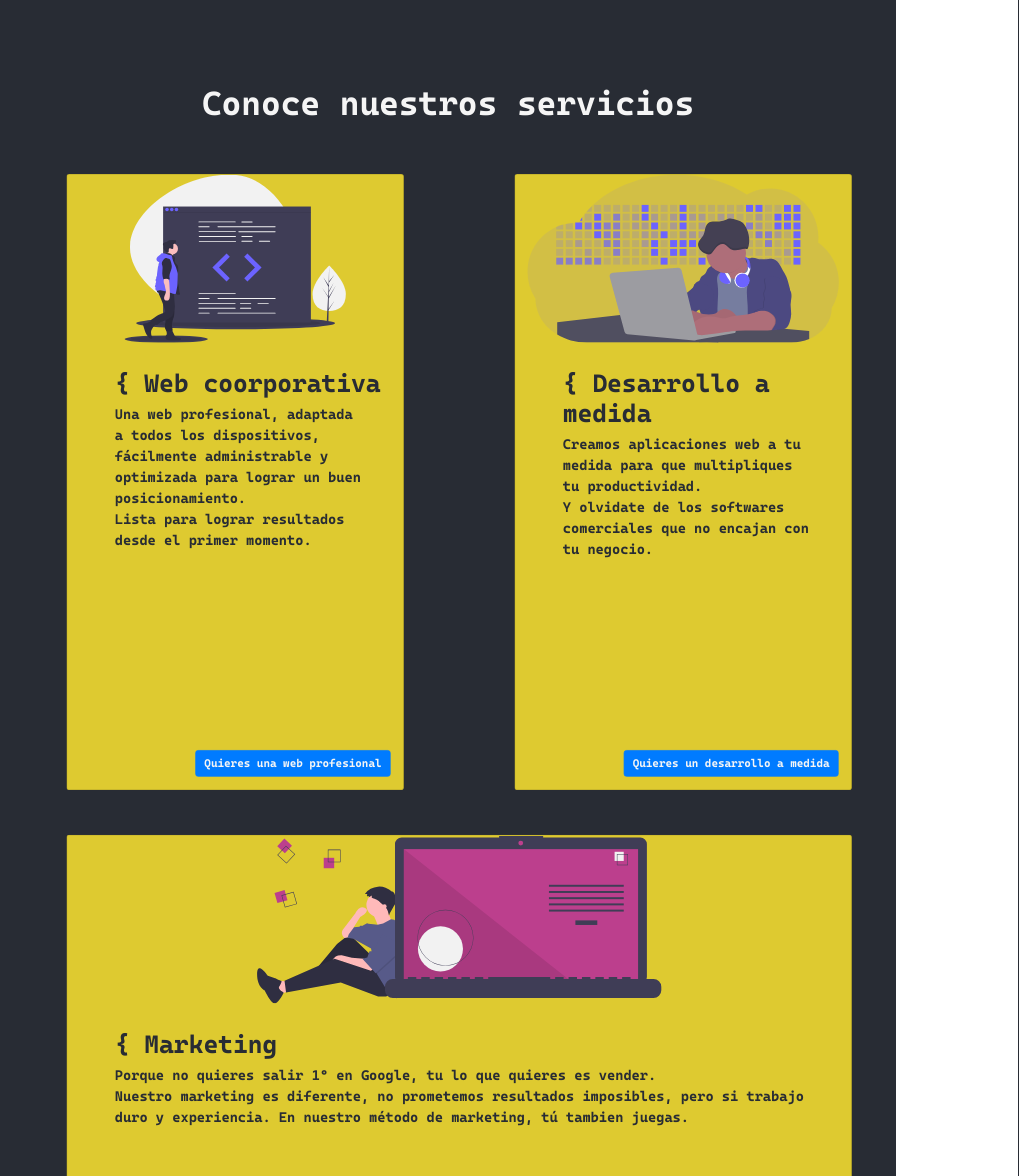
Repository: banchiec/thinkcode
Page: /
The author's editor kept a copy of each file at every save. The page is drawn from the files as they stood at one save, then again after the next save.
The browser window is 1280 px wide. The page is 1455 px wide, so the pictures cover 1455 px, including what lies to the right of the window. The pictures show the part of the page from y = 712 to 2392 px (the page is 3534 px tall), at 70% of full size.
Some web libraries are served in a nearby version. The project was rebuilt for these pictures with package versions that can differ from the ones it lists, and the page was loaded fresh each time. Also part of the build but not shown: src/components/MenuItems.js, src/components/Dropdownthink.css, src/components/Dropdownthink.js, src/components/pages/Consulting.js, src/components/pages/ContactUs.js, src/components/pages/Marketing.js, src/components/pages/Products.js, src/components/pages/Services.js and 1 more.

Above is the page before, as saved 2020-11-27 01:05:34.

### public/index.html
<!DOCTYPE html>
<html lang="en">
  <head>
    <meta charset="utf-8" />
    <link rel="icon" href="%PUBLIC_URL%/favicon.ico" />
    <meta name="viewport" content="width=device-width, initial-scale=1" />
    <meta name="theme-color" content="#000000" />
    <meta
      name="description"
      content="Web site created using create-react-app"
    />
    <link rel="apple-touch-icon" href="%PUBLIC_URL%/logo192.png" />
    <script src="https://kit.fontawesome.com/e7a02c1b14.js" crossorigin="anonymous"></script>
    <!--
      manifest.json provides metadata used when your web app is installed on a
      user's mobile device or desktop. See https://developers.google.com/web/fundamentals/web-app-manifest/
    -->
    <link rel="manifest" href="%PUBLIC_URL%/manifest.json" />
    <!--
      Notice the use of %PUBLIC_URL% in the tags above.
      It will be replaced with the URL of the `public` folder during the build.
      Only files inside the `public` folder can be referenced from the HTML.

      Unlike "/favicon.ico" or "favicon.ico", "%PUBLIC_URL%/favicon.ico" will
      work correctly both with client-side routing and a non-root public URL.
      Learn how to configure a non-root public URL by running `npm run build`.
    -->
    <title>React App</title>
  </head>
  <body>
    <noscript>You need to enable JavaScript to run this app.</noscript>
    <div id="root"></div>
    <!--
      This HTML file is a template.
      If you open it directly in the browser, you will see an empty page.

      You can add webfonts, meta tags, or analytics to this file.
      The build step will place the bundled scripts into the <body> tag.

      To begin the development, run `npm start` or `yarn start`.
      To create a production bundle, use `npm run build` or `yarn build`.
    -->


  </body>
</html>

### src/index.css
body {
  margin: 0;
  font-family: -apple-system, BlinkMacSystemFont, 'Segoe UI', 'Roboto', 'Oxygen',
    'Ubuntu', 'Cantarell', 'Fira Sans', 'Droid Sans', 'Helvetica Neue',
    sans-serif;
  -webkit-font-smoothing: antialiased;
  -moz-osx-font-smoothing: grayscale;
}

code {
  font-family: source-code-pro, Menlo, Monaco, Consolas, 'Courier New',
    monospace;
}
@font-face{
  font-family: 'CascadiaCode-Bold';
  src: local('CascadiaCode-Bold'), url(./fonts/CascadiaCode-Bold.ttf)
}

### src/App.js
import './App.css';
// import logo_thinkcode from './logo_thinkcode.png'
import React, {} from 'react'
import Navbarthink from './components/Navbarthink'
import {BrowserRouter as Router, Switch, Route} from 'react-router-dom'

// import Button  from 'react-bootstrap/Button'
// import 'bootstrap/dist/css/bootstrap.min.css'

// import {Navbar,Button, Nav , NavLink} from 'react-bootstrap'

import Consulting from './components/pages/Consulting'
import ContactUs from './components/pages/ContactUs'
import Home from './components/pages/Home'
import Marketing from './components/pages/Marketing'
import Products from './components/pages/Products'
import Services from './components/pages/Services'
import SignUp from './components/pages/SignUp'

function App() {

  // const [click, setClick] = useState(false)
  // const [dropdown, setDropdown] = useState(false)




  return (
    <div className="App">
      <Router>
        <Navbarthink/>
        <Switch>
          <Route path='/consulting' exact component ={Consulting}></Route>
          <Route path='/contact-us' exact component ={ContactUs}></Route>
          <Route path='/' exact component ={Home}></Route>
          <Route path='/marketing' exact component ={Marketing}></Route>
          <Route path='/products' exact component ={Products}></Route>
          <Route path='/services' exact component ={Services}></Route>
          <Route path='/sign-up' exact component ={SignUp}></Route>
        </Switch>
      </Router>

      {/* <Navbar className="navbar_thinkcode "  expand="lg">
        <Navbar.Brand href ="#home">
          <img
            alt=""
            src={logo_thinkcode}
            className="d-inline-block align-top ml-4"
            width="320"
            height="50"
          />
        </Navbar.Brand>
        <Navbar.Toggle aria-controls="responsive-navbar-nav" ></Navbar.Toggle>

        <Navbar.Collapse id="responsive-navbar-nav" className="ml-5 ">
          <Nav className="collapse navbar-collapse">
            <NavLink className="enlace_navbar ">Páginas web</NavLink>
            <NavLink className="enlace_navbar">Desarrollo a medida</NavLink>
            <NavLink className="enlace_navbar">Portafolio</NavLink>
            <NavLink className="enlace_navbar">Contacto</NavLink>
          </Nav>
        </Navbar.Collapse>
        <Button variant="success">¿Hablamos?</Button>
      </Navbar> */}

      {/* <header className="App-header">
        <h1>thinkcode</h1>
        <Button>send up</Button>
      </header> */}
    </div>
  );
}

export default App;

### src/App.css
*{
  box-sizing: border-box;
  margin: 0;
  padding: 0;
  font-family: CascadiaCode-Bold;
  /* background: #282c34 ; */
  /* background: linear-gradient(90deg, rgb(76, 80, 88) 100%, rgb(8, 8, 9) 0%); */
}

.App {
  text-align: center;
  background: #282c34 ;
}

.App-logo {
  height: 40vmin;
  pointer-events: none;
}

.home, .services, .products,.contact-us,.sign-up, .marketing, .consulting{
  display: flex;
  height: 90vh;
  align-items: center;
  justify-content: center;
  font-size: 3rem;
}





@media (prefers-reduced-motion: no-preference) {
  .App-logo {
    animation: App-logo-spin infinite 20s linear;
  }
}

.App-header {
  background-color: #282c34;
  min-height: 100vh;
  display: flex;
  flex-direction: column;
  align-items: center;
  justify-content: center;
  font-size: calc(10px + 2vmin);
  color: white;
}

.App-link {
  color: #61dafb;
}

@keyframes App-logo-spin {
  from {
    transform: rotate(0deg);
  }
  to {
    transform: rotate(360deg);
  }
}

### src/components/Navbarthink.js
import React, { useState} from 'react'
import logo_thinkcode from '../images/logo_thinkcode.png'
// import logo_thinkcode from '../images/logo_thinkcode.png'
import { Buttonthink} from './Buttonthink'
import {Link} from 'react-router-dom'
import './Navbarthink.css'
import Dropdownthink from './Dropdownthink'

export default function Navbarthink(){
    const [click, setClick] = useState(false)
    const [dropdown, setDropdown] = useState(false)

    const handleClick = () => setClick(!click)
    const closeMobileMenu = () => setClick(false)

    const onMouseEnter = () =>{
        if(window.innerWidth < 960) {
        setDropdown(false)
        } else {
        setDropdown(true)
        }
    }
    const onMouseLeave = () =>{
        if(window.innerWidth < 960) {
        setDropdown(false)
        } else {
        setDropdown(false)
        }
    }

    return(
        <>
            <nav className="navbarthink">
                <Link to='/' className="navbar-logo">
                    {/* thinkcode */}
                    <img alt="" src={logo_thinkcode} width="300" height="40"></img>
                </Link>
                <div className='menu-icon' onClick={handleClick}>
                    <i className={click ? 'fas fa-times' : 'fas fa-bars'}
                    />
                </div>
                <ul className={ click ? 'nav-menu active' : 'nav-menu'}>

                    <li className='nav-item'>
                        <Link to='/' className='nav-links' onClick={closeMobileMenu}>
                            Home
                        </Link>
                    </li>
                    <li className='nav-item'
                        onMouseEnter={onMouseEnter}
                        onMouseLeave={onMouseLeave}
                        // onClick={handleClick}
                        >
                        <Link to='/services' className='nav-links' onClick={closeMobileMenu}>
                           Services
                           <i className='fas fa-caret-down' />
                        </Link>
                        {dropdown && <Dropdownthink/>}
                    </li>
                    <li className='nav-item'>
                        <Link to='/products' className='nav-links' onClick={closeMobileMenu}>
                            Products
                        </Link>
                    </li>
                    <li className='nav-item'>
                        <Link to='/contact-us' className='nav-links' onClick={closeMobileMenu}>
                           Contact Us
                        </Link>
                    </li>
                    <li className='nav-item'>
                        <Link to='/sign-up' className='nav-links-mobile' onClick={closeMobileMenu}>
                           Sign up
                        </Link>
                    </li>

                </ul>
                <Buttonthink />
            </nav>
        </>
    )

}

### src/components/pages/Home.js
import React from 'react'
import InfoSection from '../infoSection/InfoSection'
import Pricing from '../pricing/Pricing'

export default function Home() {
    return (
        <div>
            <InfoSection></InfoSection>
            <Pricing></Pricing>
            <InfoSection></InfoSection>
           {/* <h1 className='consulting' >Thinkcode</h1> */}
        </div>
    )
}

### src/components/Buttonthink.js
import React  from 'react'
import './Buttonthink.css'
import {Link} from 'react-router-dom'

export function Buttonthink() {
        return (
            <Link to ='sing-up'>
               <button className='btnthink'>Sign think </button>
            </Link>
        )
}

### src/components/Navbarthink.css
.navbarthink{
  /* background: linear-gradient(9deg, rgb(66, 80, 88) 0%, rgb(8, 8, 9) 100%); */
  background: #282c34;

  height: 80px;
  display: flex;
  justify-content: center;
  align-items: center;
  font-size: 1.2rem;
}

.navbar-logo {
  color: #fff;
  justify-self: start;
  margin-left: 40px;
  cursor: pointer;
  text-decoration: none;
}

.fa-firstdraft {
  margin-left: 0.5rem;
  font-size: 1.6rem;
}

.nav-menu {
  display: grid;
  grid-template-columns: repeat(5, auto);
  grid-gap: 10px;
  list-style: none;
  text-align: center;
  width: 70vw;
  justify-content: end;
  margin-right: 2rem;
}

.nav-item {
  display: flex;
  align-items: center;
  height: 80px;
}

.nav-links {
  color: white;
  text-decoration: none;
  padding: 0.5rem 1rem;
}

.nav-links:hover {
  background-color: #1888ff;
  border-radius: 4px;
  transition: all 0.2s ease-out;
}

.fa-bars {
  color: #fff;
}

.nav-links-mobile {
  display: none;
}

.menu-icon {
  display: none;
}

@media screen and (max-width: 960px) {
  /* .text-propuesta {
    margin-top: 12rem;
  }
 */
  .fa-caret-down {
    display: none;
  }
  .NavbarItems {
    position: relative;
  }

  .nav-menu {
    display: flex;
    flex-direction: column;
    width: 100%;
    height: 90vh;
    position: absolute;
    top: 80px;
    left: -100%;
    opacity: 1;
    transition: all 0.9s ease;
  }

  .nav-menu.active {
    background: #2a2c30;
    left: 0;
    opacity: 1;
    transition: all 0.5s ease;
    z-index: 1;
  }

  .nav-links {
    text-align: center;
    padding: 2rem;
    width: 100%;
    display: table;
  }

  .nav-links:hover {
    background-color: #1888ff;
    border-radius: 0;
  }

  .navbar-logo {
    position: absolute;
    top: 0;
    left: 0;
    transform: translate(25%, 50%);
  }

  .menu-icon {
    display: block;
    position: absolute;
    top: 0;
    right: 0;
    transform: translate(-100%, 60%);
    font-size: 1.8rem;
    cursor: pointer;
  }

  .fa-times {
    color: #fff;
    font-size: 2rem;
  }

  .nav-links-mobile {
    display: block;
    text-align: center;
    padding: 1.5rem;
    margin: 2rem auto;
    border-radius: 4px;
    width: 80%;
    background: #1888ff;
    text-decoration: none;
    color: #fff;
    font-size: 1.5rem;
  }

  .nav-links-mobile:hover {
    background: #fff;
    color: #1888ff;
    transition: 250ms;
  }

  button {
    display: none;
  }
}

### src/components/infoSection/InfoSection.js
import React from 'react'
import imagensvg3 from '../../images/imagensvg3.svg'
import 'bootstrap/dist/css/bootstrap.min.css'
import './infoSection.css'
import {Col, Container,Row,} from 'react-bootstrap'

export default function InfoSection() {
    return (
            <Container fluid  className="content-infoSection">
                <Row>
                    <Col  md={6} lg={6} >
                        <div className="content-text-infoSection">
                            <h2 >thinkcode.<span className="text-title-infoSection">developers</span></h2>
                            <p className="text-infoSection">Diseño y desarrollo de aplicaciones y páginas web para tu negocio o proyecto.
                            Disfrutamos mucho con lo que hacemos, compruébalo.</p>
                        </div>
                    </Col>
                    <Col  md={6} lg={6}  >
                        <img  className="imagensvg-infoSection" alt="" src={imagensvg3}></img>
                    </Col>

                    </Row>

            </Container >
    )
}

### src/components/pricing/Pricing.js

import React from 'react'
import './Pricing.css'
import imagensvg1 from '../../images/imagensvg1.svg'
import imagensvg4 from '../../images/imagensvg4.svg'
import imagen_code_thinking from '../../images/image_code_thinking.svg'
import 'bootstrap/dist/css/bootstrap.min.css'
import {Card, Container, Button, Row, Col} from 'react-bootstrap'

export default function Pricing() {
    return (
        <Container fluid className ="container-pricing">
            <h1 className="text-propuesta">Conoce nuestros servicios</h1>
            <Row>
                <Col  className="container-card">

                    <Card  className="card-pricing" >
                        <Card.Img className="image-pricing" variant ="top" src={imagensvg1}></Card.Img>
                        <Card.Body>
                            <h2 className="title-card">&#123;  Web coorporativa</h2>
                            <p className="text-card">
                                Una web profesional, adaptada a todos los dispositivos, fácilmente administrable y optimizada para lograr un buen posicionamiento.
                                <br/>Lista para lograr resultados desde el primer momento.
                            </p>
                            <Button  className="card-button" variant="primary">Quieres una web profesional</Button>
                        </Card.Body>
                    </Card>
                </Col>
                <Col  className="container-card">

                    <Card className="card-pricing">
                        <Card.Img className="image-pricing"variant ="top" src={imagensvg4}></Card.Img>
                    <Card.Body>
                        <h2 className="title-card">&#123;  Desarrollo a medida</h2>
                        <p className="text-card">
                            Creamos aplicaciones web a tu medida para que multipliques tu productividad.<br/>
                            Y olvidate de los softwares comerciales que no encajan con tu negocio.
                        </p>
                        <Button className="card-button" variant="primary">Quieres un desarrollo a medida</Button>
                    </Card.Body>
                    </Card>
                </Col>
                <Col className="container-card">
                    <Card  className="card-pricing" >
                        <Card.Img className="image-pricing" variant ="top" src={imagen_code_thinking}></Card.Img>
                    <Card.Body>
                        <h2 className="title-card">&#123; Marketing</h2>
                        <p className="text-card">
                            Porque no quieres salir 1º en Google, tu lo que quieres es vender. <br/>

                            Nuestro marketing es diferente, no prometemos resultados imposibles, pero si
                            trabajo duro y experiencia. En nuestro método de marketing, tú tambien juegas.                        </p>
                        <Button  className="card-button" variant="primary">Quieres que te asesoremos</Button>
                    </Card.Body>
                    </Card>
                </Col>
            </Row>

        </Container>
    )
}

### src/components/Buttonthink.css
:root{
    --primary: #1888ff;
}
.btnthink{
    padding: 8px 20px;
    border-radius: 4px;
    outline: none;
    border: none;
    font-size: 18px;
    color: #fff;
    cursor: pointer;
    background-color: var(--primary);
}
.btnthink:hover {
    padding: 6px 18px;
    transition: all 1.5s ease-out;
    background-color: transparent;
    color: #2a2a2a;
    border-radius: 4px;
    border: 2px solid var(--primary)
}

### src/components/infoSection/infoSection.css
.imagensvg-infoSection {
    padding: 0;
    /* border-right: 5px; */
    width: 800px;

}
.content-infoSection {
    /* padding: 0; */
    margin-top: 150px;
    background: #282c34 ;
    height: 600px;
    /* border: 1px solid rebeccapurple; */
}
.content-text-infoSection {
    margin-left: 12rem;
    margin-top: 8rem;
    text-align: start;
    /* border: 0; */
    /* padding: 0; */
    /* border: 1px solid whitesmoke; */
    color: whitesmoke;
}
.text-title-infoSection{
    font-size: 3rem;
    /* size: 12px; */
}
.text-infoSection {
    font-size: 22px;
}
@media screen and (max-width: 960px) {
    .content-infoSection {
        margin-top: 0px;
    }
    .text-infoSection{
        margin-top: 3rem;
        margin-left: 1rem;
        margin-right: 1rem;
    }
    .imagensvg-infoSection{
        margin-top: 5rem;
        width: 500px;
    }
    .content-text-infoSection {
        margin-left: 1rem;
    }
    .text-propuesta {
        margin-top: 15rem;
    }

}

### src/components/pricing/Pricing.css
.container-pricing {
    /* background-color: whitesmoke; */
    /* border: 1px solid white; */
    /* height:  800px; */
    background: linear-gradient(90deg, rgb(76, 80, 88) 100%, rgb(66, 66 66) 0%);
    /* z-index: -1; */
}
.container-card{
    padding-top: 4rem;
    align-content: center;
    padding: auto;
    text-align: start;
    /* height: 600px; */
    /* background-color: violet; */
    /* color: transparent; */
}
.card-pricing {
    /* width: 34rem; */
    margin-left: 5rem;
    background: #deca30;
    /* background: #3b4454; */
    /* background: linear-gradient(90deg, rgb(224, 242, 241) 0%, rgb(255, 255, 255) 100%); */
    margin-right: 3rem;
    height: 55rem;
}
.card-button {
    /* margin-top: 3rem; */
    /* margin-left: 13rem; */
    position: absolute;
    right: 18px;
    bottom: 18px;
    color: whitesmoke;
}
.text-card {
    /* padding-top: 1.5rem; */
    padding-left: 3rem;
    padding-right: 2.5rem;
    color: #282c34;
    font-size: 20px;
}
.image-pricing {
    height: 15rem;
}
.title-card {
    padding-top: 1rem;
    padding-left: 3rem;
    color: #282c34;
    font-size: 36px;
}
.text-propuesta {
    color: whitesmoke;
    font-size: 3rem;
}

Loaded but not shown: src/index.js (common file); src/reportWebVitals.js (common file)

After the next save:
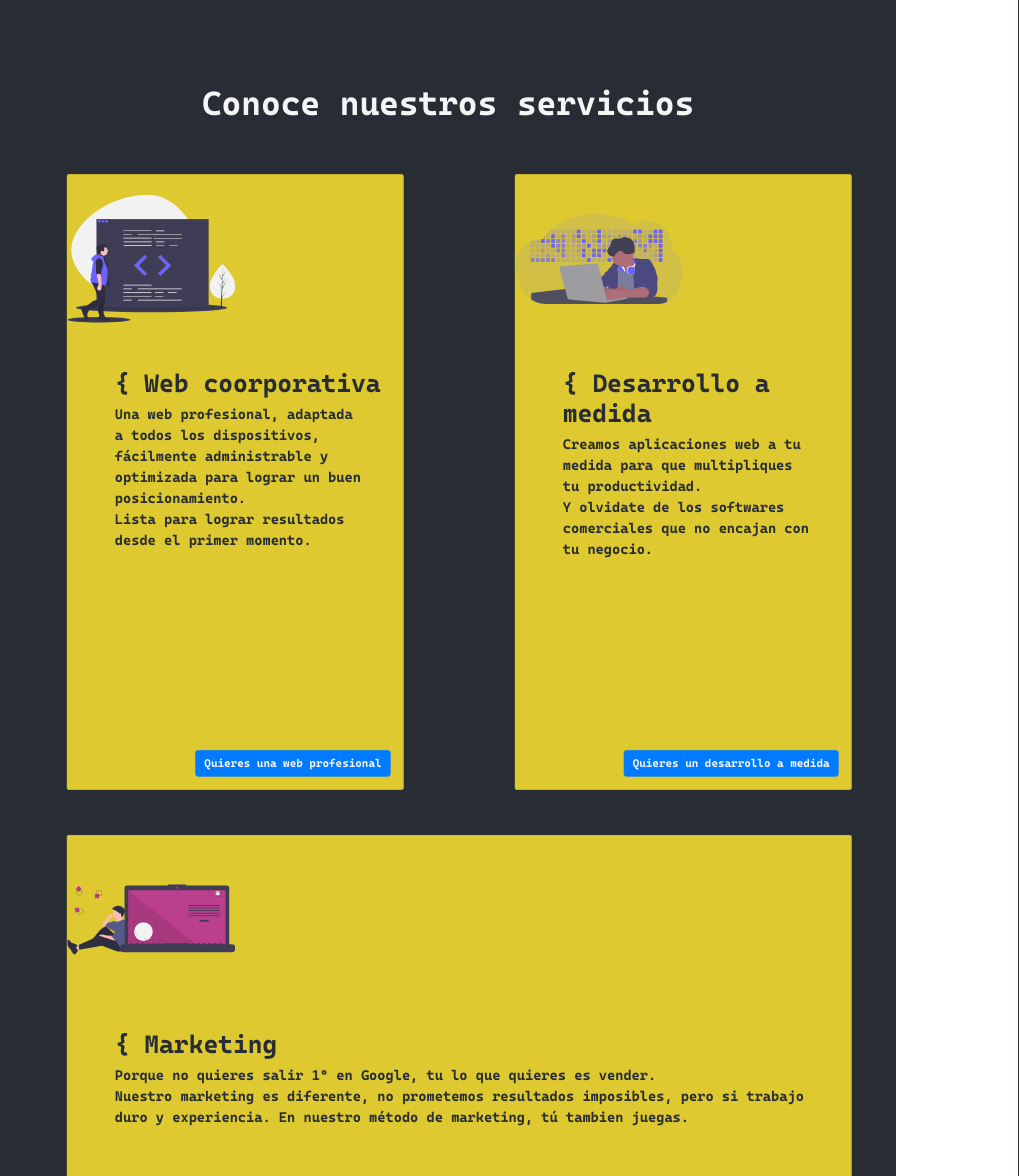
Saved 16 s later.
--- a/src/components/pricing/Pricing.css
+++ b/src/components/pricing/Pricing.css
@@ -40,6 +40,7 @@
 }
 .image-pricing {
     height: 15rem;
+    width: 15rem;
 }
 .title-card {
     padding-top: 1rem;
